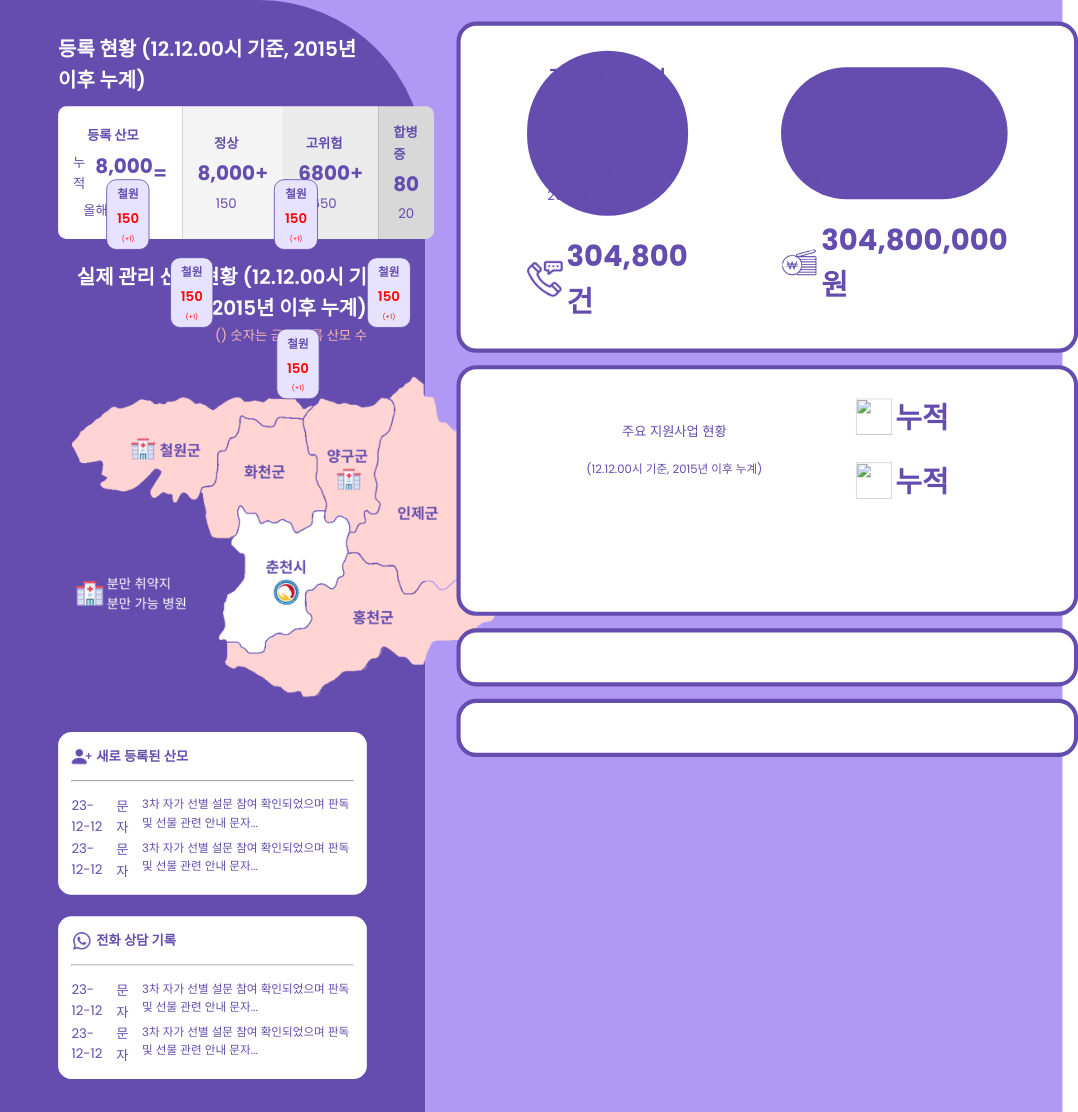
Repository: giapchicuong/Perganancy_Web
Page: index.html
The author's editor kept a copy of each file at every save. The page is drawn from the files as they stood at one save, then again after the next save.
The browser window is 1280 px wide. The page is 1299 px wide, so the pictures cover 1299 px, including what lies to the right of the window. The pictures show the whole page, at 83% of full size.

Above is the page before, as saved 2024-03-07 11:17:57.

### index.html
<!DOCTYPE html>
<html lang="en">

<head>
    <meta charset="UTF-8">
    <meta name="viewport" content="width=device-width, initial-scale=1.0">
    <title>Perganancy Web</title>
    <link rel="stylesheet" href="./assets/base.css">
    <link rel="stylesheet" href="./assets/style.css">
</head>

<body>
    <!-- .block -->
    <!-- .block__element -->
    <!-- .block__element--modifier -->
    <!-- card
    card__image
    card__description
    card__button--submit
    card__button--cancel -->
    <div class="app">
        <div class="main">
            <section class="advertising">
                <!-- ------------------------------------------------ -->
                <div class="advertising-left">
                    <!-- top -->
                    <div class="advertising-left--top">
                        <div class="advertising-left__title">등록 현황 (12.12.00시 기준, 2015년 이후 누계)</div>
                        <div class="advertising-left__item-list">
                            <div class="advertising-left__item advertising-left__item1">
                                <div class="advertising-left__item--signal">
                                    <div class="advertising-left__item--white">
                                        <div class="advertising-left__item-title">등록 산모</div>
                                        <div class="advertising-left__item-desc">
                                            <div class="advertising-left__item-desc-text">누적</div>
                                            <div class="advertising-left__item-desc-number">8,000</div>
                                        </div>
                                    </div>
                                    <div class="advertising-left__item-bottom">
                                        <div class="advertising-left__item-bottom-text">올해</div>
                                        <div class="advertising-left__item-bottom-number">850</div>
                                    </div>
                                </div>
                                <div class="calculation">=</div>
                            </div>
                            <div class="advertising-left__item advertising-left__item2">
                                <div class="advertising-left__item--signal">
                                    <div class="advertising-left__item--white">
                                        <div class="advertising-left__item-title">정상</div>
                                        <div class="advertising-left__item-desc">
                                            <div class="advertising-left__item-desc-number">8,000</div>
                                        </div>
                                    </div>
                                    <div class="advertising-left__item-bottom">
                                        <div class="advertising-left__item-bottom-number">150</div>
                                    </div>
                                </div>
                                <div class="calculation">+</div>
                            </div>
                            <div class="advertising-left__item advertising-left__item3">
                                <div class="advertising-left__item--signal">
                                    <div class="advertising-left__item--white">
                                        <div class="advertising-left__item-title">고위험</div>
                                        <div class="advertising-left__item-desc">
                                            <div class="advertising-left__item-desc-number">6800</div>
                                        </div>
                                    </div>
                                    <div class="advertising-left__item-bottom">
                                        <div class="advertising-left__item-bottom-number">650</div>
                                    </div>
                                </div>
                                <div class="calculation">+</div>
                            </div>
                            <div class="advertising-left__item advertising-left__item4">
                                <div class="advertising-left__item--signal">
                                    <div class="advertising-left__item--white">
                                        <div class="advertising-left__item-title">합병증</div>
                                        <div class="advertising-left__item-desc">
                                            <div class="advertising-left__item-desc-number">80</div>
                                        </div>
                                    </div>
                                    <div class="advertising-left__item-bottom">
                                        <div class="advertising-left__item-bottom-number">20</div>
                                    </div>
                                </div>
                            </div>
                        </div>
                    </div>
                    <!-- text -->
                    <div class="advertising-left__title--text">
                        <div class="advertising-left__title">실제 관리 산모 현황 (12.12.00시 기준, 2015년 이후 누계)</div>
                        <div class="advertising-left__desc">() 숫자는 금일 등록 산모 수</div>
                    </div>
                    <!-- center image -->
                    <div class="advertising-left__map">
                        <img src="./assets/image/left/Gangwon-do Map 1.png" alt="Map"
                            class="advertising-left__map-image">
                        <div class="advertising-left__map-image--card">
                            <div class="advertising-left__map-item-list-top">
                                <div class="advertising-left__map-item">
                                    <div class="advertising-left__map-item-title">철원</div>
                                    <div class="advertising-left__map-item-number">150</div>
                                    <div class="advertising-left__map-item-desc">(+1)</div>
                                </div>
                                <div class="advertising-left__map-item">
                                    <div class="advertising-left__map-item-title">철원</div>
                                    <div class="advertising-left__map-item-number">150</div>
                                    <div class="advertising-left__map-item-desc">(+1)</div>
                                </div>
                            </div>
                            <div class="advertising-left__map-item-list-center">
                                <div class="advertising-left__map-item">
                                    <div class="advertising-left__map-item-title">철원</div>
                                    <div class="advertising-left__map-item-number">150</div>
                                    <div class="advertising-left__map-item-desc">(+1)</div>
                                </div>
                                <div class="advertising-left__map-item">
                                    <div class="advertising-left__map-item-title">철원</div>
                                    <div class="advertising-left__map-item-number">150</div>
                                    <div class="advertising-left__map-item-desc">(+1)</div>
                                </div>
                            </div>
                            <div class="advertising-left__map-item-list-bottom">
                                <div class="advertising-left__map-item">
                                    <div class="advertising-left__map-item-title">철원</div>
                                    <div class="advertising-left__map-item-number">150</div>
                                    <div class="advertising-left__map-item-desc">(+1)</div>
                                </div>
                            </div>
                        </div>
                    </div>
                    <!--새로 등록된 산모  -->
                    <div class="advertising-left__box">
                        <div class="advertising-left__box-title">
                            <img src="./assets//image/left/icons/BsPersonPlusFill.png" alt=""
                                class="advertising-left__box-title-icon">
                            <div class="advertising-left__box-title-text">새로 등록된 산모</div>
                        </div>
                        <hr class="advertising-left__box--hr" />
                        <div class="advertising-left__box-message-list">
                            <div class="advertising-left__box-message-item">
                                <div class="advertising-left__box-message-item-date">23-12-12</div>
                                <div class="advertising-left__box-message-item-local">문자</div>
                                <div class="advertising-left__box-message-item-text">3차 자가 선별 설문 참여 확인되었으며 판독 및 선물 관련 안내
                                    문자...</div>
                            </div>
                            <div class="advertising-left__box-message-item">
                                <div class="advertising-left__box-message-item-date">23-12-12</div>
                                <div class="advertising-left__box-message-item-local">문자</div>
                                <div class="advertising-left__box-message-item-text">3차 자가 선별 설문 참여 확인되었으며 판독 및 선물 관련 안내
                                    문자...</div>
                            </div>
                        </div>
                    </div>
                    <!-- 전화 상담 기록 -->
                    <div class="advertising-left__box">
                        <div class="advertising-left__box-title">
                            <img src="./assets/image//left/icons/FaWhatsapp.png" alt=""
                                class="advertising-left__box-title-icon">
                            <div class="advertising-left__box-title-text">전화 상담 기록</div>
                        </div>
                        <hr class="advertising-left__box--hr" />
                        <div class="advertising-left__box-message-list">
                            <div class="advertising-left__box-message-item">
                                <div class="advertising-left__box-message-item-date">23-12-12</div>
                                <div class="advertising-left__box-message-item-name">문자</div>
                                <div class="advertising-left__box-message-item-text">3차 자가 선별 설문 참여 확인되었으며 판독 및 선물 관련 안내
                                    문자...</div>
                            </div>
                            <div class="advertising-left__box-message-item">
                                <div class="advertising-left__box-message-item-date">23-12-12</div>
                                <div class="advertising-left__box-message-item-name">문자</div>
                                <div class="advertising-left__box-message-item-text">3차 자가 선별 설문 참여 확인되었으며 판독 및 선물 관련 안내
                                    문자...</div>
                            </div>
                        </div>
                    </div>
                </div>
                <!-- ------------------------------------------------ -->
                <div class="advertising-right">
                    <div class="advertising-right-item">
                        <div class="advertising-right-item-top">
                            <div class="advertising-right-item-top-left">
                                <div class="advertising-right-item-top-left__messenger">
                                    <div class="advertising-right-item-top-left__messenger--title">고위험 임산부 상담 누적 건수
                                    </div>
                                    <div class="advertising-right-item-top__messenger--desc">(12.12.00시 기준, 2015년 이후 누계)
                                    </div>
                                </div>
                                <div class="advertising-right-item-top-item">
                                    <img src="./assets/image/right/telephone 1.png" alt=""
                                        class="advertising-right-item-top-item__icon">
                                    <div class="advertising-right-item-top-item__text">304,800건</div>
                                </div>
                            </div>
                            <div class="advertising-right-item-top-right">
                                <div class="advertising-right-item-top-left__messenger">
                                    <div class="advertising-right-item-top-left__messenger--title">고위험 임산부 상담 누적 건수
                                    </div>
                                    <div class="advertising-right-item-top__messenger--desc">(12.12.00시 기준, 2015년 이후 누계)
                                    </div>
                                </div>
                                <div class="advertising-right-item-top-item">
                                    <img src="./assets/image/right/telephone 2.png" alt=""
                                        class="advertising-right-item-top-item__icon">
                                    <div class="advertising-right-item-top-item__text">304,800,000원</div>
                                </div>
                            </div>
                        </div>
                        <!-- <div class="advertising-right-item-card-list">
                            <div class="advertising-right-item-card">
                                <div class="advertising-right-item-card-provide">
                                    <img src="" alt="" class="advertising-right-item-card__image">
                                    <div class="advertising-right-item-card__image-number">
                                        <div class="advertising-right-item-card__image-number-large">120건</div>
                                        <div class="advertising-right-item-card__image-number-small">120건</div>
                                    </div>
                                </div>
                                <div class="advertising-right-item-card-content">안심스테이 제공</div>
                            </div>
                            <div class="advertising-right-item-card">
                                <div class="advertising-right-item-card-provide">
                                    <img src="" alt="" class="advertising-right-item-card__image">
                                    <div class="advertising-right-item-card__image-number">
                                        <div class="advertising-right-item-card__image-number-large">120건</div>
                                        <div class="advertising-right-item-card__image-number-small">120건</div>
                                    </div>
                                </div>
                                <div class="advertising-right-item-card-content">안심스테이 제공</div>
                            </div>
                            <div class="advertising-right-item-card">
                                <div class="advertising-right-item-card-provide">
                                    <img src="" alt="" class="advertising-right-item-card__image">
                                    <div class="advertising-right-item-card__image-number">
                                        <div class="advertising-right-item-card__image-number-large">120건</div>
                                        <div class="advertising-right-item-card__image-number-small">120건</div>
                                    </div>
                                </div>
                                <div class="advertising-right-item-card-content">안심스테이 제공</div>
                            </div>
                            <div class="advertising-right-item-card">
                                <div class="advertising-right-item-card-provide">
                                    <img src="" alt="" class="advertising-right-item-card__image">
                                    <div class="advertising-right-item-card__image-number">
                                        <div class="advertising-right-item-card__image-number-large">120건</div>
                                        <div class="advertising-right-item-card__image-number-small">120건</div>
                                    </div>
                                </div>
                                <div class="advertising-right-item-card-content">안심스테이 제공</div>
                            </div>
                        </div> -->
                    </div>
                    <div class="advertising-right-item">
                        <div class="advertising-right-item-top">
                            <div class="advertising-right-item-top-left">
                                <div class="advertising-right-item-top__title">주요 지원사업 현황</div>
                                <div class="advertising-right-item-top__desc">(12.12.00시 기준, 2015년 이후 누계)</div>
                            </div>
                            <div class="advertising-right-item-top-right">
                                <div class="advertising-right-item-top-item">
                                    <img src="" alt="" class="advertising-right-item-top-item__icon">
                                    <div class="advertising-right-item-top-item__text">누적</div>
                                </div>
                                <div class="advertising-right-item-top-item">
                                    <img src="" alt="" class="advertising-right-item-top-item__icon">
                                    <div class="advertising-right-item-top-item__text">누적</div>
                                </div>
                            </div>
                        </div>
                        <div class="advertising-right-item__btn-list">
                            <div class="advertising-right-item__btn-item">
                                <div class="advertising-right-item__btn">
                                    <img src="" alt="" class="advertising-right-item__btn-icon" />
                                    <div class="advertising-right-item__btn-text"></div>
                                    <div class="advertising-right-item__btn-notification"></div>
                                </div>
                                <div class="advertising-right-item__btn-content"></div>
                            </div>
                            <div class="advertising-right-item__btn-item">
                                <div class="advertising-right-item__btn">
                                    <img src="" alt="" class="advertising-right-item__btn-icon" />
                                    <div class="advertising-right-item__btn-text"></div>
                                    <div class="advertising-right-item__btn-notification"></div>
                                </div>
                                <div class="advertising-right-item__btn-content"></div>
                            </div>
                            <div class="advertising-right-item__btn-item">
                                <div class="advertising-right-item__btn">
                                    <img src="" alt="" class="advertising-right-item__btn-icon" />
                                    <div class="advertising-right-item__btn-text"></div>
                                    <div class="advertising-right-item__btn-notification"></div>
                                </div>
                                <div class="advertising-right-item__btn-content"></div>
                            </div>
                            <div class="advertising-right-item__btn-item">
                                <div class="advertising-right-item__btn">
                                    <img src="" alt="" class="advertising-right-item__btn-icon" />
                                    <div class="advertising-right-item__btn-text"></div>
                                    <div class="advertising-right-item__btn-notification"></div>
                                </div>
                                <div class="advertising-right-item__btn-content"></div>
                            </div>
                        </div>
                    </div>
                    <div class="advertising-right-item">
                        <div class="advertising-right-item-left">
                            <div class="advertising-right-item-left-text">
                                <div class="advertising-right-item-left__title"></div>
                                <div class="advertising-right-item-desc"></div>
                            </div>
                            <div class="advertising-right-item-number"></div>
                        </div>
                        <div class="advertising-right-item-right">

                        </div>
                    </div>
                    <div class="advertising-right-item">
                        <div class="advertising-right-item-message-list">
                            <div class="advertising-right-item-message-item">
                                <div class="advertising-right-item-message-text">
                                    <div class="advertising-right-item-message__title"></div>
                                    <div class="advertising-right-item-message__desc"></div>
                                </div>
                                <div class="advertising-right-item-message-number">
                                    <div class="advertising-right-item-message-number-icon"></div>
                                    <div class="advertising-right-item-message-number-text"></div>
                                    <div class="advertising-right-item-message-number-case"></div>
                                </div>
                            </div>
                            <div class="advertising-right-item-message-item">
                                <div class="advertising-right-item-message-text">
                                    <div class="advertising-right-item-message__title"></div>
                                    <div class="advertising-right-item-message__desc"></div>
                                </div>
                                <div class="advertising-right-item-message-number">
                                    <div class="advertising-right-item-message-number-icon"></div>
                                    <div class="advertising-right-item-message-number-text"></div>
                                    <div class="advertising-right-item-message-number-case"></div>
                                </div>
                            </div>
                        </div>
                    </div>
                </div>
            </section>
        </div>
    </div>
</body>

</html>

Loaded but not shown: assets/style.css (260 lines, source omitted); assets/base.css (28 lines, source omitted)

After the next save:
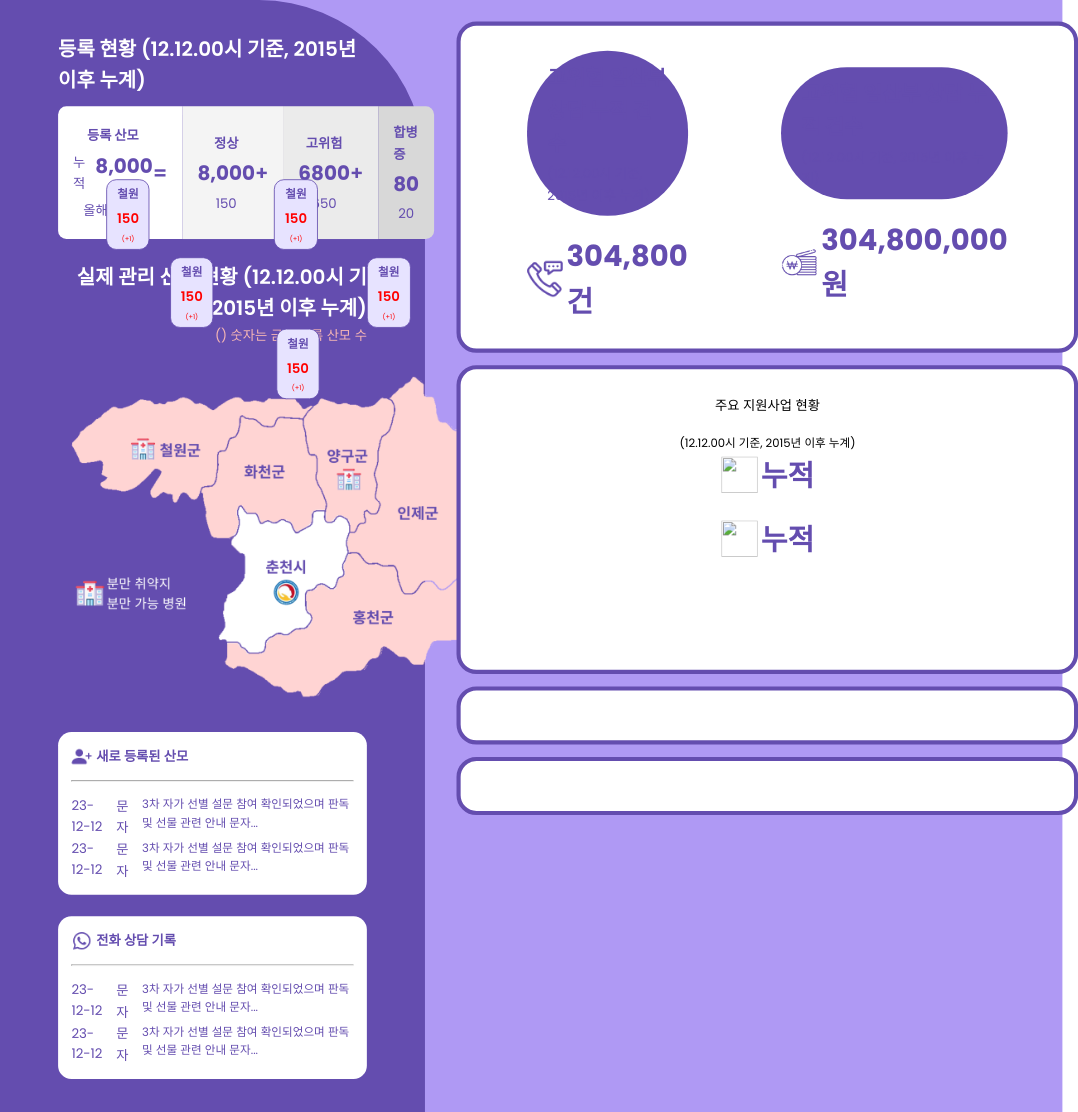
Saved 2 min 49 s later.
--- a/index.html
+++ b/index.html
@@ -251,7 +251,7 @@
                         </div> -->
                     </div>
                     <div class="advertising-right-item">
-                        <div class="advertising-right-item-top">
+                        <div class="advertising-right-item-top--">
                             <div class="advertising-right-item-top-left">
                                 <div class="advertising-right-item-top__title">주요 지원사업 현황</div>
                                 <div class="advertising-right-item-top__desc">(12.12.00시 기준, 2015년 이후 누계)</div>
